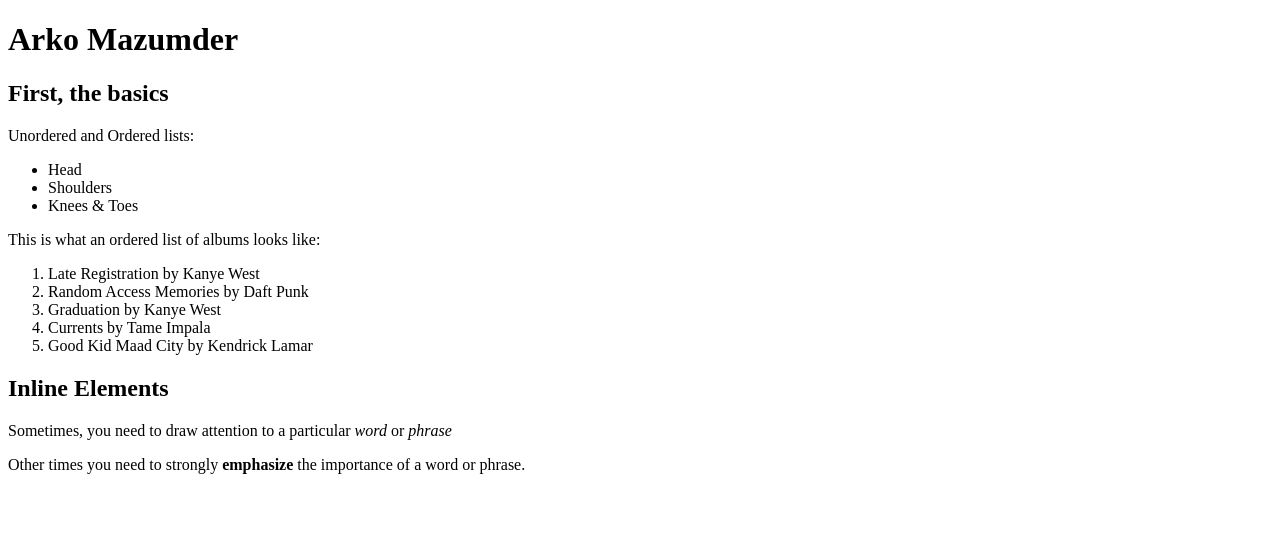
Repository: arkomz/INST377-Lab-Work
Page: client/lab_1/index.html
An editor plug-in stored every save of this project. The page is shown before and after the next save, followed by the edit.
The browser window is 1280 px wide. The pictures show the whole page.

Above is the page before, as saved 2021-09-03 18:49:17.

### client/lab_1/index.html
<!DOCTYPE html>
<html scroll=yes>

<head>
    <title>Arko Mazumder</title>
</head>
<body>
    <h1>Arko Mazumder</h1>

    <h2>First, the basics</h2>
    <p>Unordered and Ordered lists:</p>

    <ul>
        <li>Head</li>
        <li>Shoulders</li>
        <li>Knees & Toes</li>
      </ul>

      <p>This is what an ordered list of albums looks like:</p>

      <ol>
        <li>Late Registration by Kanye West</li>
        <li>Random Access Memories by Daft Punk</li>
        <li>Graduation by Kanye West</li>
        <li>Currents by Tame Impala</li>
        <li>Good Kid Maad City by Kendrick Lamar</li>
      </ol>

      <h2>Inline Elements</h2>

    <p>Sometimes, you need to draw attention to a particular <em>word</em> or
        <em>phrase</em></p>

    <p>Other times you need to strongly <strong>emphasize</strong> the importance
            of a word or phrase.</p>

  </body>
</html>

After the next save:
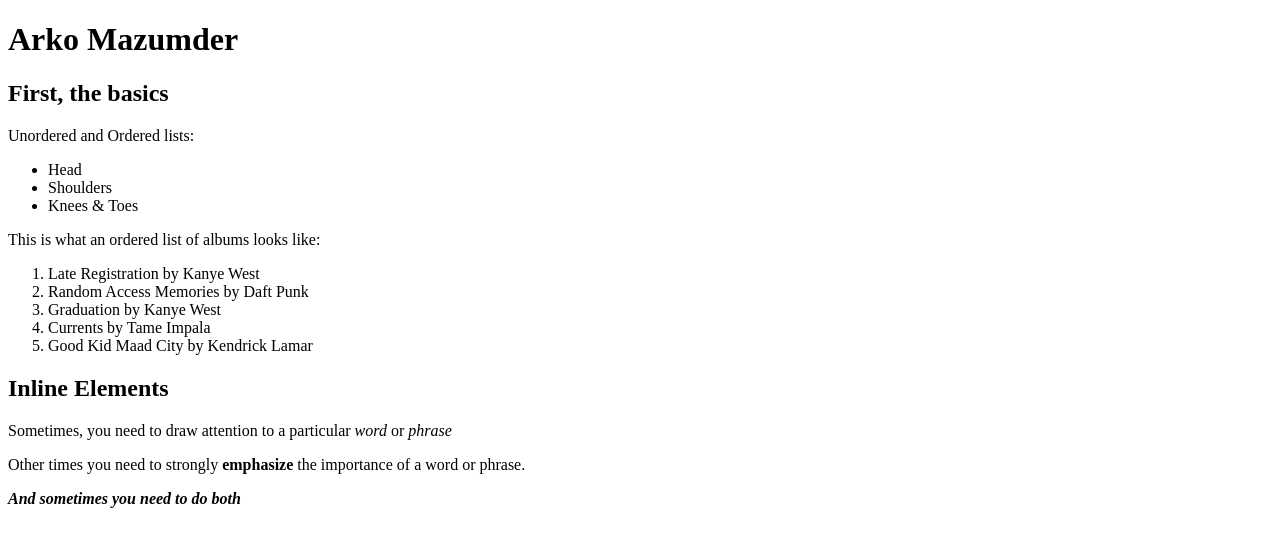
Saved 72 s later.
--- a/client/lab_1/index.html
+++ b/client/lab_1/index.html
@@ -34,5 +34,7 @@
     <p>Other times you need to strongly <strong>emphasize</strong> the importance
             of a word or phrase.</p>
 
+    <p><em><strong>And sometimes you need to do both</strong></em></p>
+
   </body>
 </html>
